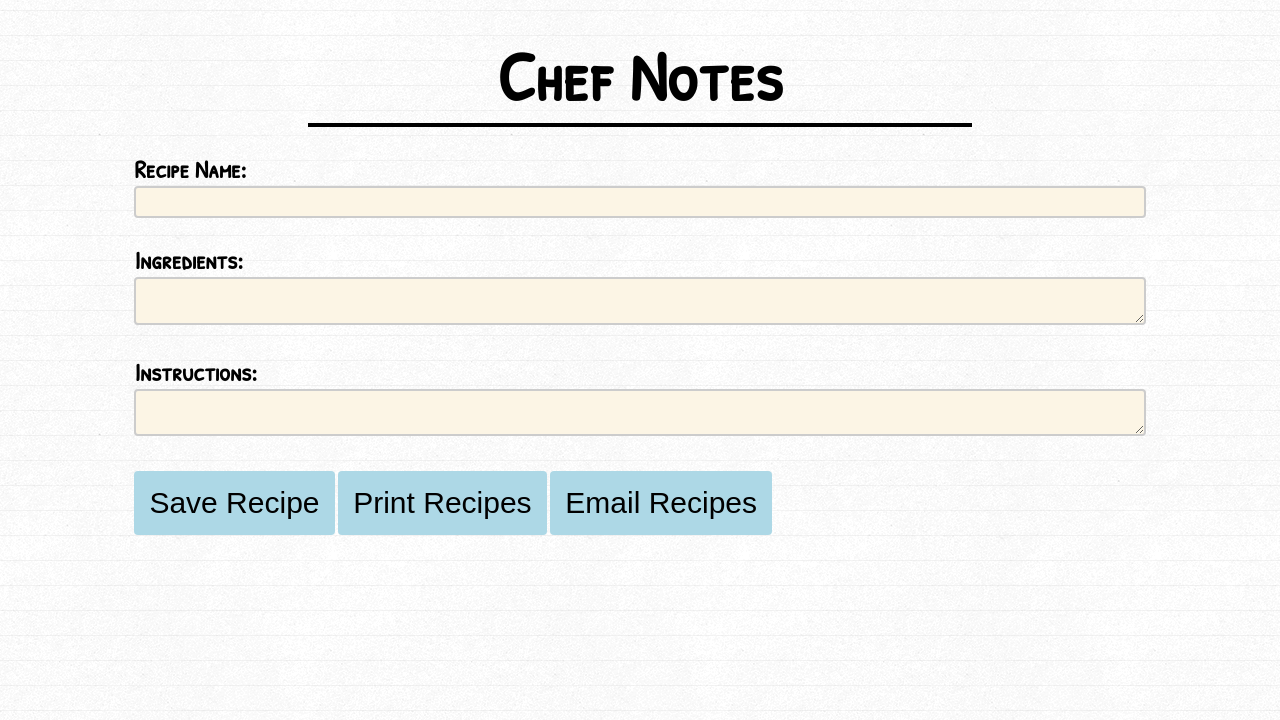
Repository: Chadloswald/RecipeSite
Page: docs/index.html
An editor plug-in stored every save of this project. The page is shown before and after the next save, followed by the edit.
The browser window is 1280 px wide. The pictures show the whole page.

Above is the page before, as saved 2023-05-22 12:59:03.

### docs/index.html
<!DOCTYPE html>
<html lang="en">
  <head>
    <meta charset="UTF-8">
    <meta name="viewport" content="width=device-width, initial-scale=1.0">
    <title>ChefNotes</title>
    <style type="text/css">
    </style>
    <link rel="stylesheet" href="style.css">
  </head>
  <body>
    <h1>Chef Notes</h1>
    <form>
      <label for="name">Recipe Name:</label>
      <input type="text" id="name" name="name">
      <br>
      <label for="ingredients">Ingredients:</label>
      <textarea id="ingredients" name="ingredients"></textarea>
      <br>
      <label for="instructions">Instructions:</label>
      <textarea id="instructions" name="instructions"></textarea>
      <br>
      <div id="button-container"></div>
        <button id="saveButton" type="button">Save Recipe</button>
        <button id="printButton">Print Recipes</button>
        <button id="emailButton">Email Recipes</button>
      </div>
    </form>
    <div id="recipe-list">
      <div class="recipe-line"></div>
    <div id="list"></div>
    </div>
    <script src="scripts.js"></script>
  </body>
</html>

### docs/style.css
@font-face {
  font-family: 'Patrick Hand';
  src: url('PatrickHandSC-Regular.ttf') format('truetype');
}

body {
  font-family: 'Patrick Hand', cursive;
  margin-top: 30px 0px 0px 0px;
  padding: 0;
  background-image: url("lined-paper-2.png");
}

h1 {
  text-align: center;
  padding: 20px 0 0 0;
  border-bottom: 4px solid black;
  margin: 0 300px;
  font-size: 70px;
}

form {
  width: 80%;
  margin: 0 auto;
}

label {
  display: block;
  font-weight: bold;
  margin-top: 1em;
  font-size: 25px;
}

input[type="text"], textarea {
  background-color: #FCF5E5;
  width: 100%;
  box-sizing: border-box;
  padding: 0.5em;
  border: 2px solid #ccc;
  border-radius: 4px;
}

button {
  flex-direction: row;
  margin: 1em auto;
  padding: 0.5em;
  border-radius: 4px;
  font-size: 30px;
  border: none;
  cursor: pointer;
  background-color: #ADD8E6;
  color: black;
}

button:hover {
  background-color: gray;
  color: #FCF5E5;
}

.button-container {
  display: flex;
  flex-direction: row;
  align-items: center;
  justify-content: center;
}

.button-container button {
  margin: 0 10px;
}

#recipe-list {
  width: 80%;
  margin: 1em auto;
  font-size: 25px;
}

h2 {
  font-size: 25px;
}

p {
  font-size: 20px;
}

.recipe-line {
  height: 1px;
	background-color: black;
	position: relative;
	margin-top: 30px;
	margin-bottom: 30px;
	left: 0;
	width: 50%;
  display: none;
}

.recipe:not(:last-child) .recipe-line {
  display: block;
  margin-left: 25%;
}

/* Printing style */
@media print {
  /* Remove form elements */
  form {
    display: none;
  }

  /* Position Chef and Notes next to each other */
  h1 {
    display: flex;
    align-items: center;
    justify-content: center;
    font-size: 40px;
    margin: 0;
    padding-top: 20px;
    border-bottom: 4px solid black;
    page-break-after: avoid; /* prevent the header from breaking across pages */
  }

  h1 span:first-child {
    margin-right: 20px; /* add space between Chef and Notes */
  }

  /* Adjust margins and padding */
  body {
    margin: 20mm 25mm 20mm 25mm; /* top right bottom left */
    padding: 0;
  }

  h2 {
    font-size: 30px;
  }

  p {
    font-size: 20px;
  }

  /* Add page breaks between recipes */
  .recipe:not(:last-child) {
    page-break-after: always;
  }
  #recipe-list {
    margin-left: 0;
  }
}

/* Media query for screens with a maximum width of 600 pixels */
@media screen and (max-width: 600px) {
  body {
    /* Modify the styles for smaller screens */
    margin-top: 10px;
  }

  h1 {
    /* Modify the styles for smaller screens */
    font-size: 40px;
    margin: 0 50px;
  }

  form {
    /* Modify the styles for smaller screens */
    width: 90%;
  }

  button {
    font-size: 15px; /* Adjust the font size */
    padding: 0.3em; /* Adjust the padding */
  }
}

### docs/scripts.js
document.addEventListener('DOMContentLoaded', function() {
  const saveButton = document.getElementById('saveButton');
  const printButton = document.getElementById('printButton');
  const emailButton = document.getElementById('emailButton');
  const nameInput = document.getElementById('name');
  const ingredientsInput = document.getElementById('ingredients');
  const instructionsInput = document.getElementById('instructions');
  const recipeList = document.getElementById('recipe-list');

  saveButton.addEventListener('click', function() {
    const name = nameInput.value;
    const ingredients = ingredientsInput.value;
    const instructions = instructionsInput.value;

    const recipe = document.createElement('div');
    const recipeName = document.createElement('h2');
    const recipeIngredients = document.createElement('p');
    const recipeInstructions = document.createElement('p');
    const recipeLine = document.createElement('div');

    recipeLine.classList.add('recipe-line');
    recipe.appendChild(recipeLine);

    recipeName.innerText = name;
    recipeIngredients.innerText = `Ingredients: ${ingredients}`;
    recipeInstructions.innerText = `Instructions: ${instructions}`;

    recipe.appendChild(recipeName);
    recipe.appendChild(recipeIngredients);
    recipe.appendChild(recipeInstructions);

    recipeList.appendChild(recipe);
    recipeLine.style.display = 'block';

    nameInput.value = '';
    ingredientsInput.value = '';
    instructionsInput.value = '';
  });

  printButton.addEventListener('click', function() {
    const recipeContainer = recipeList.innerHTML;
    const printContent = document.createElement('div');
    printContent.innerHTML = recipeContainer;

    const mailtoLink = document.createElement('a');
    mailtoLink.href = 'mailto:?subject=My Saved Recipes&body=' + encodeURIComponent(printContent.innerText);

    // Create a temporary link and simulate a click
    const tempLink = document.createElement('a');
    tempLink.href = mailtoLink.href;
    tempLink.style.display = 'none';
    tempLink.target = '_blank';
    document.body.appendChild(tempLink);
    tempLink.click();
    document.body.removeChild(tempLink);
  });

  emailButton.addEventListener('click', function() {
    const recipient = prompt('What email address do you want to send your recipes to?');
    if (recipient) {
      const mailtoLink = document.createElement('a');
      mailtoLink.href = 'mailto:' + recipient + '?subject=My Saved Recipes&body=' + encodeURIComponent(recipeList.innerText);
      mailtoLink.click();
    }
  });
});

After the next save:
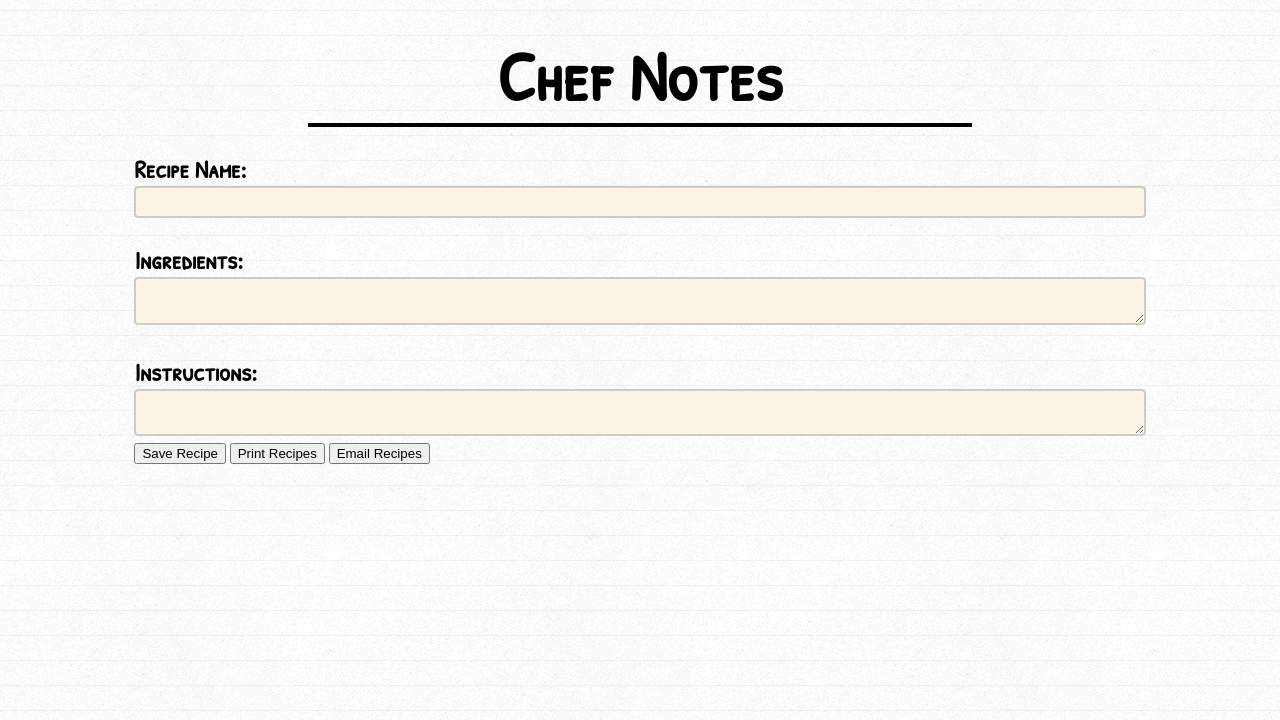
Saved 3 min 14 s later.
--- a/docs/style.css
+++ b/docs/style.css
@@ -39,7 +39,7 @@ input[type="text"], textarea {
   border-radius: 4px;
 }
 
-button {
+/* button {
   flex-direction: row;
   margin: 1em auto;
   padding: 0.5em;
@@ -49,7 +49,7 @@ button {
   cursor: pointer;
   background-color: #ADD8E6;
   color: black;
-}
+} */
 
 button:hover {
   background-color: gray;
